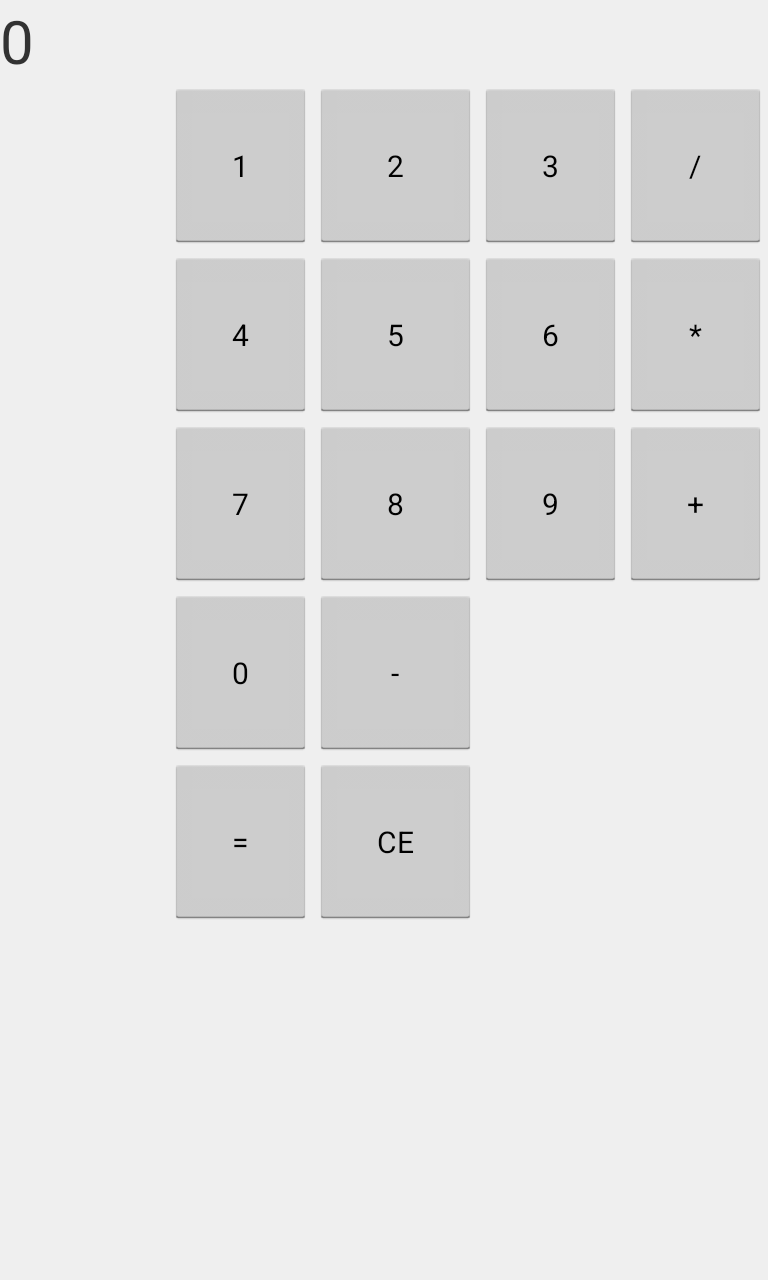
Repository: mariofer82/Calculadora
Layout: Aplicacion1/res/layout/activity_main.xml
The author's editor kept a copy of each file at every save. The layout is drawn from the files as they stood at one save, then again after the next save.
It is drawn on a 768 x 1280 px phone screen (xhdpi) without system bars, with theme AppTheme; the app's code is not run.

Above is the layout before, as saved 2013-08-23 17:11:20.

### Aplicacion1/res/layout/activity_main.xml
<LinearLayout xmlns:android="http://schemas.android.com/apk/res/android"
android:orientation="vertical"
android:layout_width="fill_parent"
android:layout_height="fill_parent"
android:background="#1111"
>

<TextView
android:id="@+id/Resultado"
android:textSize="30sp"
android:layout_width="fill_parent"
android:layout_height="wrap_content"
android:text="0"
/>

<TableLayout xmlns:android="http://schemas.android.com/apk/res/android"
android:layout_width="fill_parent"
android:layout_height="fill_parent"
android:stretchColumns="1"
>
<TableRow>
<Button
android:layout_column="4"
android:id="@+id/Boton1"
android:layout_width="wrap_content"
android:layout_height="wrap_content"
android:text="1"
android:textSize="15dp"
android:padding="32dp"
>
</Button>
<Button
android:layout_column="4"
android:id="@+id/Boton2"
android:layout_width="wrap_content"
android:layout_height="wrap_content"
android:text="2"
android:textSize="15dp"
android:padding="32dp"
>


</Button>
<Button
android:layout_column="4"
android:id="@+id/Boton3"
android:layout_width="wrap_content"
android:layout_height="wrap_content"
android:text="3"
android:textSize="15dp"
android:padding="32dp"

>

</Button>
<Button
android:layout_column="4"
android:id="@+id/Botondiv"
android:layout_width="wrap_content"
android:layout_height="wrap_content"
android:text="/"
android:textSize="15dp"
android:padding="32dp"
>

</Button>
</TableRow>
<TableRow>
<Button
android:layout_column="4"
android:id="@+id/Boton4"
android:layout_width="wrap_content"
android:layout_height="wrap_content"
android:text="4"
android:textSize="15dp"
android:padding="32dp"

>

</Button>
<Button
android:layout_column="4"
android:id="@+id/Boton5"
android:layout_width="wrap_content"
android:layout_height="wrap_content"
android:text="5"
android:textSize="15dp"
android:padding="32dp"

>

</Button>
<Button
android:layout_column="4"
android:id="@+id/Boton6"
android:layout_width="wrap_content"
android:layout_height="wrap_content"
android:text="6"
android:textSize="15dp"
android:padding="32dp"

>

</Button>
<Button
android:layout_column="4"
android:id="@+id/Botonmulti"
android:layout_width="wrap_content"
android:layout_height="wrap_content"
android:text="*"
android:textSize="15dp"
android:padding="32dp"

>

</Button>
</TableRow>
<TableRow>
<Button
android:layout_column="4"
android:id="@+id/Boton7"
android:layout_width="wrap_content"
android:layout_height="wrap_content"
android:text="7"

android:textSize="15dp"
android:padding="32dp"
>

</Button>

<Button
android:layout_column="4"
android:id="@+id/Boton8"
android:layout_width="wrap_content"
android:layout_height="wrap_content"
android:text="8"
android:textSize="15dp"
android:padding="32dp"

>

</Button>
<Button
android:layout_column="4"
android:id="@+id/Boton9"
android:layout_width="wrap_content"
android:layout_height="wrap_content"
android:text="9"
android:textSize="15dp"
android:padding="32dp"

>

</Button>
<Button
android:layout_column="4"
android:id="@+id/Botonsuma"
android:layout_width="wrap_content"
android:layout_height="wrap_content"
android:text="+"
android:textSize="15dp"
android:padding="32dp"
>

</Button>
</TableRow>
<TableRow>
<Button
android:layout_column="4"
android:id="@+id/Boton0"
android:layout_width="wrap_content"
android:layout_height="wrap_content"
android:text="0"
android:textSize="15dp"
android:padding="32dp"
>

</Button>

<Button
android:layout_column="4"
android:id="@+id/Botonresta"
android:layout_width="wrap_content"
android:layout_height="wrap_content"
android:text="-"
android:textSize="15dp"
android:padding="32dp"
>

</Button>

</TableRow>


<TableRow>


<Button
android:layout_column="4"
android:id="@+id/Botonigual"
android:layout_width="wrap_content"
android:layout_height="wrap_content"
android:text="="
android:textSize="15dp"
android:padding="32dp"
>

</Button>


<Button
android:layout_column="4"
android:id="@+id/CE"
android:layout_width="wrap_content"
android:layout_height="wrap_content"
android:text="CE"


android:textSize="15dp"
android:padding="32dp"
>

</Button>
</TableRow>
</TableLayout>
</LinearLayout>

Loaded but not shown: Aplicacion1/res/values/styles.xml (common file); Aplicacion1/res/values-v11/styles.xml (common file); Aplicacion1/res/values-v14/styles.xml (common file)

After the next save:
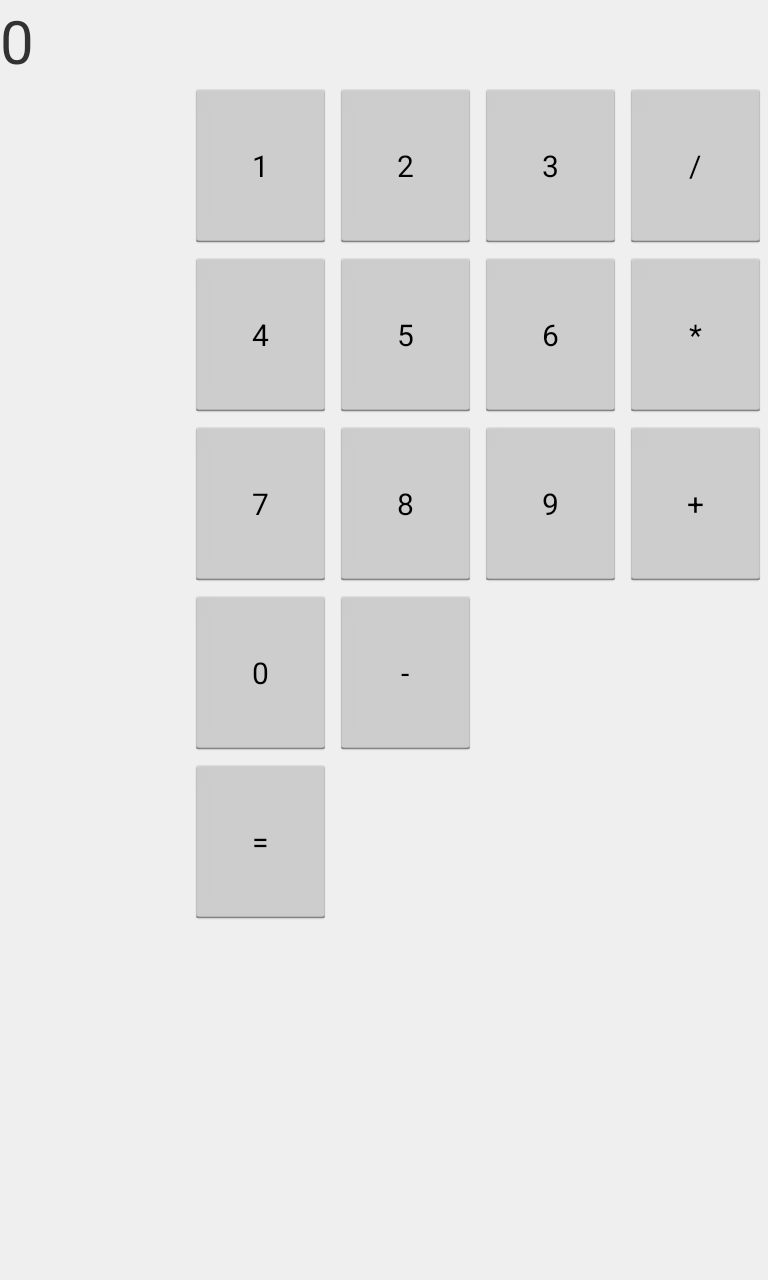
Saved 18 s later.
--- a/Aplicacion1/res/layout/activity_main.xml
+++ b/Aplicacion1/res/layout/activity_main.xml
@@ -209,19 +209,6 @@ android:padding="32dp"
 </Button>
 
 
-<Button
-android:layout_column="4"
-android:id="@+id/CE"
-android:layout_width="wrap_content"
-android:layout_height="wrap_content"
-android:text="CE"
-
-
-android:textSize="15dp"
-android:padding="32dp"
->
-
-</Button>
 </TableRow>
 </TableLayout>
 </LinearLayout>
